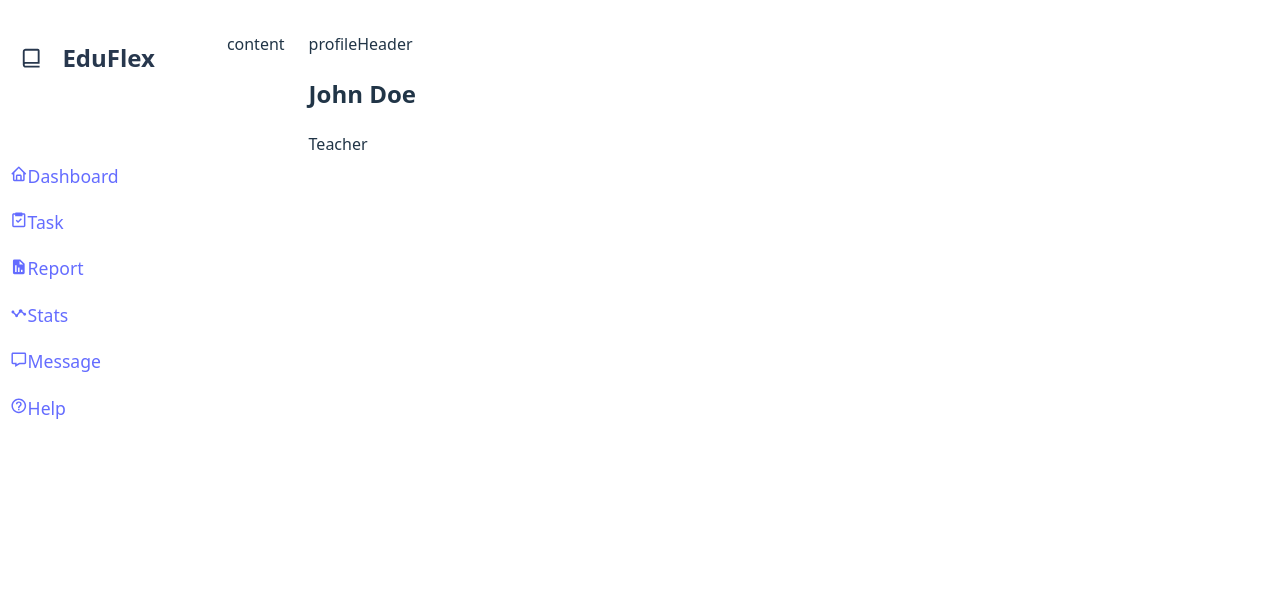
Repository: gogg23/react-dash
Page: /
These files come from the project's save history. The page is drawn as it stood at one moment and after the next save; the edit follows.
The browser window is 1280 px wide. The pictures show the whole page.
The project was rebuilt for these pictures with package versions that can differ from the ones it lists, and the page was loaded fresh each time. Also part of the build but not shown: vite.config.js.

Above is the page before, as saved 2025-04-03 20:40:01.

### index.html
<!DOCTYPE html>
<html lang="en">
  <head>
    <meta charset="UTF-8" />
    <link rel="icon" type="image/svg+xml" href="/vite.svg" />
    <meta name="viewport" content="width=device-width, initial-scale=1.0" />
    <title>React Dashboard</title>
  </head>
  <body>
    <div id="root"></div>
    <script type="module" src="/src/main.jsx"></script>
  </body>
</html>

### src/App.jsx
import React from 'react';
import Sidebar from './components/Sidebar';
import Content from './components/Content';
import Profile from './components/Profile';
import './App.css';

const App = () => {
  return (
    <div className='dashboard'>
      <Sidebar />
      <div className='dashboard--content'>
        <>
          <Content />
          <Profile />
        </>
      </div>
    </div>
  );
};

export default App;

### src/components/Sidebar.jsx
import React from 'react';
import {
  BiHome,
  BiBookAlt,
  BiTask,
  BiMessage,
  BiSolidReport,
  BiStats,
  BiHelpCircle,
  BiTaskX,
} from 'react-icons/bi';
import '../styles/Sidebar.css';
const Sidebar = () => {
  return (
    <div className='menu'>
      <div className='logo'>
        <BiBookAlt className='logo-icon' />
        <h2>EduFlex</h2>
      </div>

      <div className='menu--list'>
        <a href='' className='item'>
          <BiHome />
          Dashboard
        </a>
        <a href='' className='item'>
          <BiTask />
          Task
        </a>
        <a href='' className='item'>
          <BiSolidReport />
          Report
        </a>
        <a href='' className='item'>
          <BiStats />
          Stats
        </a>
        <a href='' className='item'>
          <BiMessage />
          Message
        </a>
        <a href='' className='item'>
          <BiHelpCircle />
          Help
        </a>
      </div>
    </div>
  );
};

export default Sidebar;

### src/components/Content.jsx
import React from 'react';

function content() {
  return <div>content</div>;
}

export default content;

### src/components/Profile.jsx
import React from 'react';
import { BiEdit } from 'react-icons/bi';
import ProfileHeader from './ProfileHeader';
import '../styles/profileHeader.css';
import Image1 from '../assets/images/Image1.jpg';

const Profile = () => {
  return (
    <div className='profile'>
      <ProfileHeader />

      <div className='user--profile'>
        <div className='user--detail'>
          <h2 className='user--name'>John Doe</h2>
          <span className='profession'>Teacher</span>
          <div className='user-courses'></div>
        </div>
      </div>
    </div>
  );
};

export default Profile;

### src/App.css
.dashboard {
  display: flex;
  gap: 20px;
}

.dashboard--content {
  background: #fff;
  flex: 1;
  border-radius: 20px;
  padding: 2rem;
  display: flex;
  gap: 1.5rem;
  justify-content: space-between;
}

### src/styles/sidebar.css
.sidebar {
  background-color: #dde6ed; /* Adjust to match your desired grey */
  width: 250px; /* Ensure proper width */
  height: 100vh; /* Full height */
  padding: 20px;
}

/* Menu container */
.menu {
  display: flex;
  flex-direction: column;
  gap: 2.3rem;
  height: 94vh;
}

/* Logo styles */
.logo {
  text-align: center;
  padding: 20px;
  color: #27374d;
  align-items: center;
  display: flex;
  gap: 20px;
}

.logo-icon {
  font-size: 1.4rem;
}

/* Menu items */
.menu--list {
  display: flex;
  flex-direction: column;
  gap: 20px;
  font-size: 1.1rem;
  text-decoration: none;
  font-weight: 600;
  padding: 10px;
  border-radius: 10px;
  transition: 0.3s ease-in-out;
  color: #27374d;
}

/* Menu item hover effect */
.menu--list .item:hover,
.active {
  background-color: #27374d;
  color: #dde6ed !important;
}

### src/components/ProfileHeader.jsx
import React from 'react';

const profileHeader = () => {
  return <div>profileHeader</div>;
};

export default profileHeader;

Loaded but not shown: src/main.jsx (common file); src/index.css (common file); src/styles/profileHeader.css (no stored copy; drawn as an empty file)

After the next save:
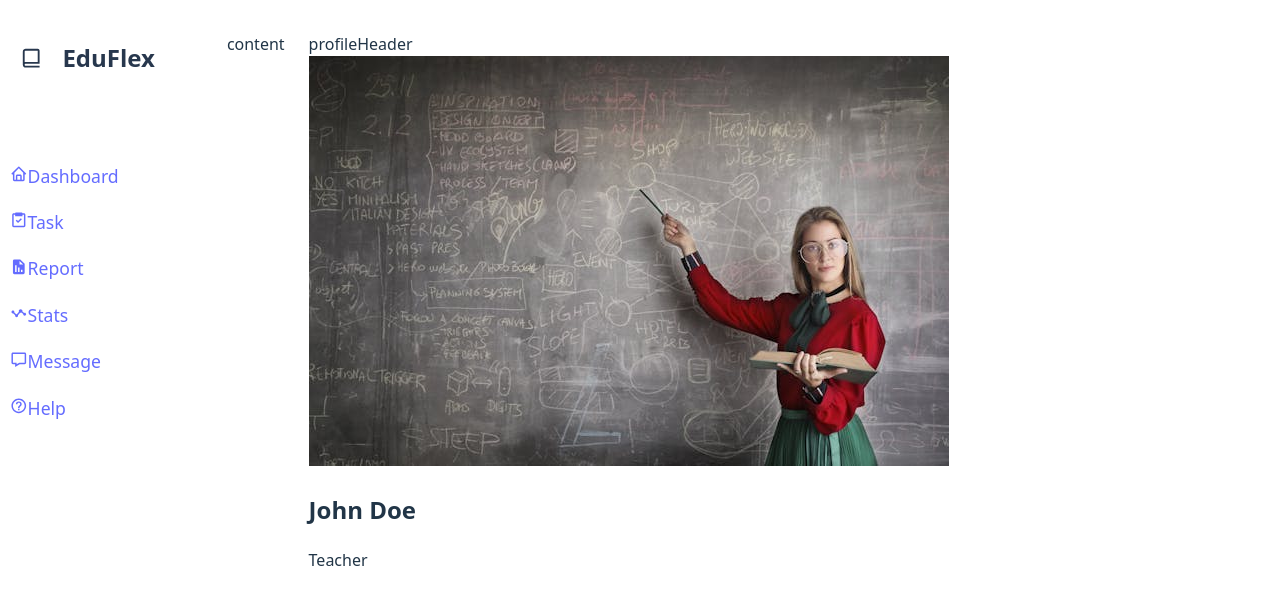
Saved 49 s later.
--- a/src/components/Profile.jsx
+++ b/src/components/Profile.jsx
@@ -11,6 +11,7 @@ const Profile = () => {
 
       <div className='user--profile'>
         <div className='user--detail'>
+          <img src={Image1} alt='Profile' />
           <h2 className='user--name'>John Doe</h2>
           <span className='profession'>Teacher</span>
           <div className='user-courses'></div>
